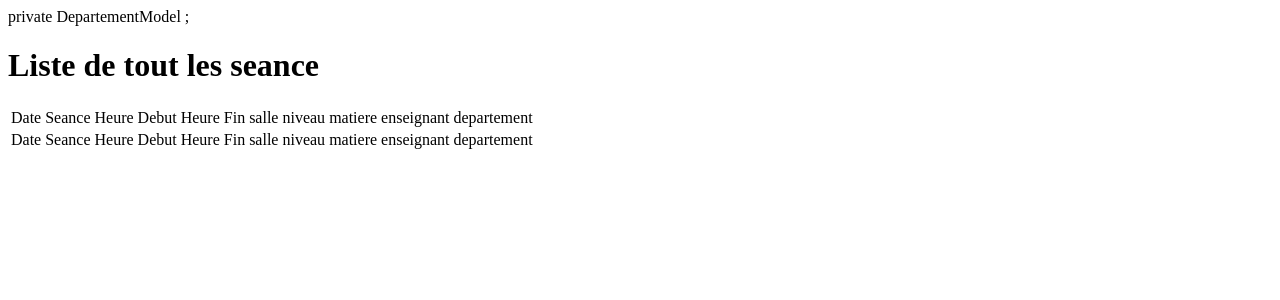
Repository: marwenElleuch/SuivitAbsences
Page: http://localhost/ProjetDetTest/seances.jsp
The author's editor kept a copy of each file at every save. The page is drawn from the files as they stood at one save, then again after the next save.
The browser window is 1280 px wide. The pictures show the whole page.
The page is served by Tomcat 9. Other server files are loaded and not shown.

Above is the page before, as saved 2018-01-14 11:51:16.

### ProjetDetTest/WebContent/seances.jsp
<%@ page language="java" contentType="text/html; charset=ISO-8859-1"
	pageEncoding="ISO-8859-1"%>

<!DOCTYPE html PUBLIC "-//W3C//DTD HTML 4.01 Transitional//EN" "http://www.w3.org/TR/html4/loose.dtd">
<html>
<head>
<meta http-equiv="Content-Type" content="text/html; charset=ISO-8859-1">
<title>Insert title here</title>
</head>
<body>
	<%
		//List<Salle> salles = request.getSession().getAttribute("salles");
	%>
	private DepartementModel ;

	<h1>Liste de tout les seance</h1>
	<table>
		<tr>
			<td>Date Seance</td>
			<td>Heure Debut</td>
			<td>Heure Fin</td>
			<td>salle</td>
			<td>niveau</td>
			<td>matiere</td>
			<td>enseignant</td>
			<td>departement</td>
		</tr>

		<tr>
			<td>Date Seance</td>
			<td>Heure Debut</td>
			<td>Heure Fin</td>
			<td>salle</td>
			<td>niveau</td>
			<td>matiere</td>
			<td>enseignant</td>
			<td>departement</td>
		</tr>
	</table>


</body>
</html>

After the next save:
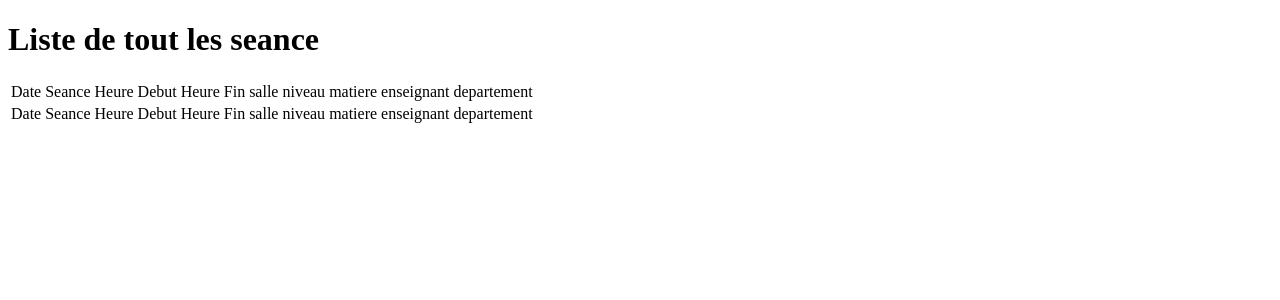
Saved 2 min 24 s later.
--- a/ProjetDetTest/WebContent/seances.jsp
+++ b/ProjetDetTest/WebContent/seances.jsp
@@ -11,7 +11,6 @@
 	<%
 		//List<Salle> salles = request.getSession().getAttribute("salles");
 	%>
-	private DepartementModel ;
 
 	<h1>Liste de tout les seance</h1>
 	<table>
